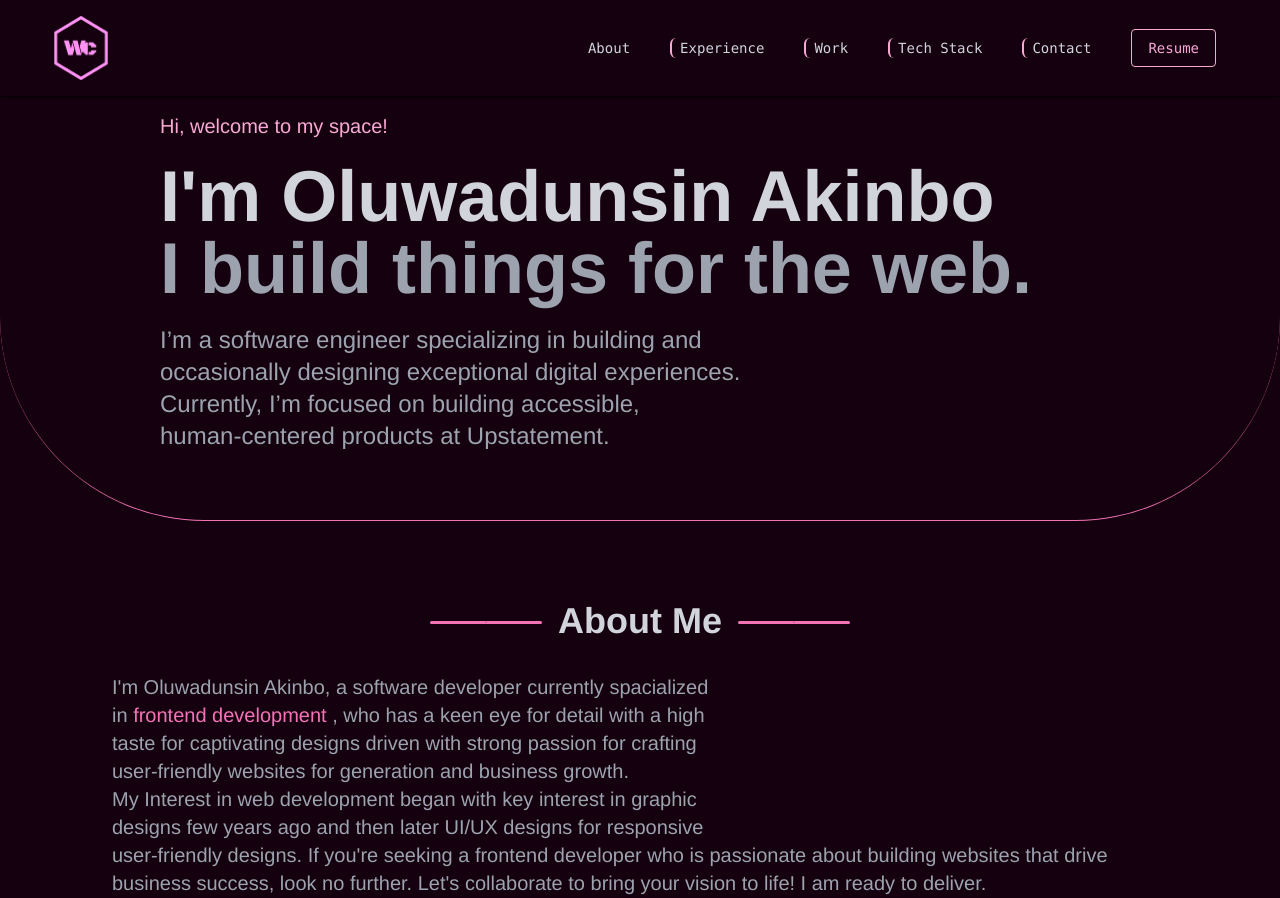
Repository: EmmyDunny1/myPortfolio
Page: / (app in MyPortfolio/)
The author's editor kept a copy of each file at every save. The page is drawn from the files as they stood at one save, then again after the next save.
The browser window is 1280 px wide. The pictures show the whole page.
The project was rebuilt for these pictures with package versions that can differ from the ones it lists, and the page was loaded fresh each time. Also part of the build but not shown: MyPortfolio/vite.config.js.

Above is the page before, as saved 2025-01-14 11:23:37.

### MyPortfolio/index.html
<!doctype html>
<html lang="en">
  <head>
    <meta charset="UTF-8" />
    <link rel="icon" type="image/svg+xml" href="/vite.svg" />
    <meta name="viewport" content="width=device-width, initial-scale=1.0" />
    <title>My Portfolio Website</title>
  </head>
  <body>
    <div id="root"></div>
    <script type="module" src="/src/main.jsx"></script>
  </body>
</html>

### MyPortfolio/src/index.css
@tailwind base;
@tailwind components;
@tailwind utilities;


body{

    max-width: 90rem;
  /* margin-left: 2rem;
  margin-right: 2rem; */
  background:   rgb(21, 0, 15);
  font-family: "Helvetica Neue";
  }

  img {
    width: 12rem;
    height: 7rem;
  }

  p{ font-size: 14px

  }

### MyPortfolio/src/App.jsx
import React from 'react'
import Navbar from './components/Navbar'
import HeroSection from './components/HeroSection'
import AboutMe from './components/AboutMe'
const App = () => {
  return (
    <div>
    <div className=''> <Navbar/> </div>
    <div className='mt-[7rem] border-b border-solid border-pink-400 rounded-full pb-[3rem]'><HeroSection/> </div>
    <div><AboutMe/></div>

    </div>
  )
}

export default App

### MyPortfolio/src/components/Navbar.jsx
import React from 'react'
import WEBCANIC from '../assets/WEBCANIC.png'

const Navbar = () => {
  return (
    <nav className="fixed top-0 left-0 w-full bg-dark-navy shadow-sm  shadow-black text-gray-300 z-10">
    <div className=" flex items-center justify-between py-4 mx-[4rem]">
      <div className="flex items-center">

          <img src={WEBCANIC} className='h-[4rem] w-[4rem] object-cover ml-[-10px]'  alt="" />

      </div>
      <div className="flex items-center space-x-8 ">
        <a
          href="#about"
          className="hover:text-green text-sm font-mono  border-solid border-pink-300 rounded-md px-2 ">
          <div>  </div>  About
        </a>
        <a
          href="#experience"
          className="hover:text-green text-sm font-mono border-l-2 border-solid border-pink-300 rounded-md px-2">
           Experience
        </a>
        <a
          href="#work"
          className="hover:text-green text-sm font-mono border-l-2 border-solid border-pink-300 rounded-md px-2">
           Work
        </a>
        <a
          href="#work"
          className="hover:text-green text-sm font-mono border-l-2 border-solid border-pink-300 rounded-md px-2">
           Tech Stack
        </a>
        <a
          href="#contact"
          className="hover:text-green text-sm font-mono border-l-2 border-solid border-pink-300 rounded-md px-2">
           Contact
        </a>
        <a
          href="/resume.pdf"
          download
          className="border border-green text-pink-300 px-4 py-2 rounded text-sm font-mono hover:bg-green hover:text-dark-navy hover:shadow-sm hover:shadow-gray-300 hover:border-gray-300 hover:text-gray-300 transition border-pink-300">
          Resume
        </a>
      </div>
    </div>
  </nav>
  )
}

export default Navbar

### MyPortfolio/src/components/HeroSection.jsx
import React from 'react'

const HeroSection = () => {
  return (
    <div className='block mx-[10rem] '>

      <div className=''>
        <span className='text-pink-300 text-xl '>Hi, welcome to my space!</span>
        <h1 className='text-7xl text-gray-300 pt-5 font-bold '>I'm Oluwadunsin Akinbo</h1>
        <h2 className='text-7xl text-gray-400 font-bold'>I build things for the web.</h2>

        <p className='text-2xl text-gray-400 py-5'>I’m a software engineer specializing in building and <br />occasionally designing exceptional digital experiences. <br />Currently, I’m focused on building accessible,<br /> human-centered products at Upstatement.</p>


      </div>

    </div>
  )
}

export default HeroSection

### MyPortfolio/src/components/AboutMe.jsx
import React from 'react'
import { FiMinus } from 'react-icons/fi'


const AboutMe = () => {
  return (
    <div className=' mx-[7rem] mt-[5rem]'>
      <div className='flex mx-auto justify-center align-center'>
      <FiMinus className='h-[2.5px] w-[7rem] mt-5 mr-4 rounded-2xl bg-pink-400'/>
        <h1 className='text-gray-300 text-4xl pb-[2rem] font-bold'>  About Me </h1>
         <FiMinus className='h-[2.5px] w-[7rem] mt-5 ml-4 rounded-2xl bg-pink-400'/>
      </div>
    <div className='flex'>
        <div className=''>
            <p className='text-gray-400 text-xl'>I'm Oluwadunsin Akinbo, a software developer currently spacialized <br />in <span className='text-pink-400'>frontend development </span>
            , who has a keen eye for detail with a high <br />taste for captivating designs driven with strong passion for crafting <br />user-friendly websites for generation and business growth.
            <br />

               <span className='py-8'>My Interest in web development began with key interest in graphic <br />designs few years ago and then later UI/UX designs for responsive <br />user-friendly designs.  </span>


              If you're seeking a frontend developer who is passionate about building websites that drive business success, look no further.

              Let's collaborate to bring your vision to life! I am ready to deliver. </p>
        </div>
        <div></div>

    </div>

    </div>
  )
}

export default AboutMe

Loaded but not shown: MyPortfolio/src/main.jsx (common file); MyPortfolio/tailwind.config.js (common file)

After the next save:
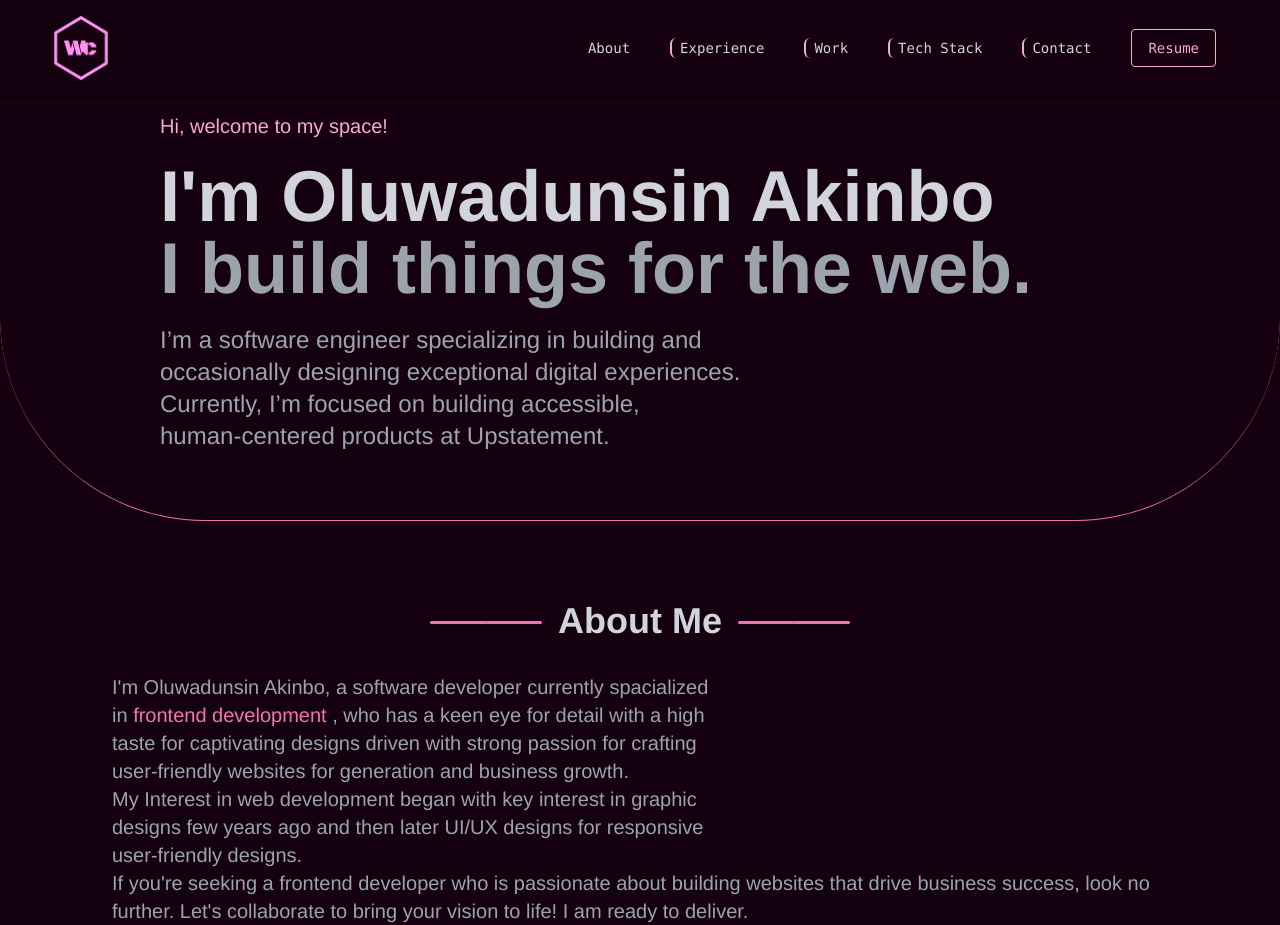
Saved 4 s later.
--- a/MyPortfolio/src/components/AboutMe.jsx
+++ b/MyPortfolio/src/components/AboutMe.jsx
@@ -19,7 +19,7 @@ const AboutMe = () => {
                <span className='py-8'>My Interest in web development began with key interest in graphic <br />designs few years ago and then later UI/UX designs for responsive <br />user-friendly designs.  </span>
 
 
-              If you're seeking a frontend developer who is passionate about building websites that drive business success, look no further.
+              <br />If you're seeking a frontend developer who is passionate about building websites that drive business success, look no further.
 
               Let's collaborate to bring your vision to life! I am ready to deliver. </p>
         </div>
